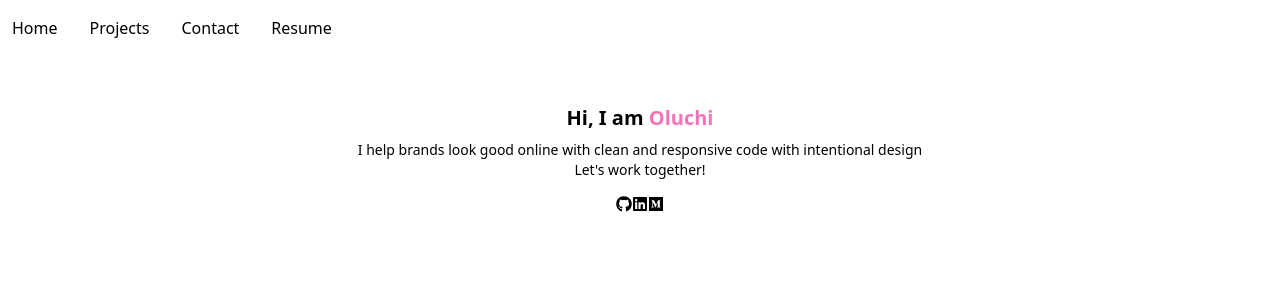
Repository: ooluchi/portfolio_
Page: / (app in my-react-app/)
An editor plug-in stored every save of this project. The page is shown before and after the next save, followed by the edit.
The browser window is 1280 px wide. The pictures show the whole page.
The project was rebuilt for these pictures with package versions that can differ from the ones it lists, and the page was loaded fresh each time. Also part of the build but not shown: my-react-app/vite.config.ts.

Above is the page before, as saved 2025-11-20 12:27:13.

After the next save:
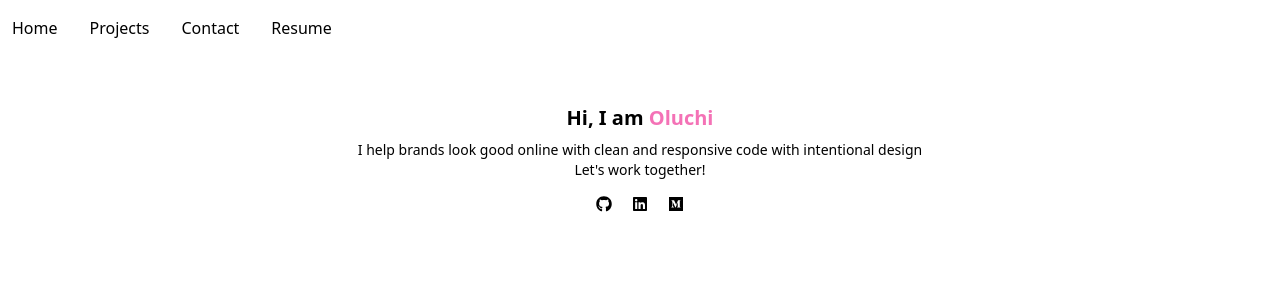
Saved 6 s later.
--- a/my-react-app/src/components/Home.tsx
+++ b/my-react-app/src/components/Home.tsx
@@ -15,7 +15,7 @@ export default function Home() {
         </div>
 
       </div>
-      <div className="flex justify-center mt-4">
+      <div className="flex justify-center gap-5 mt-4">
         <a
           href="https://github.com/ooluchi"
           target="_blank"
